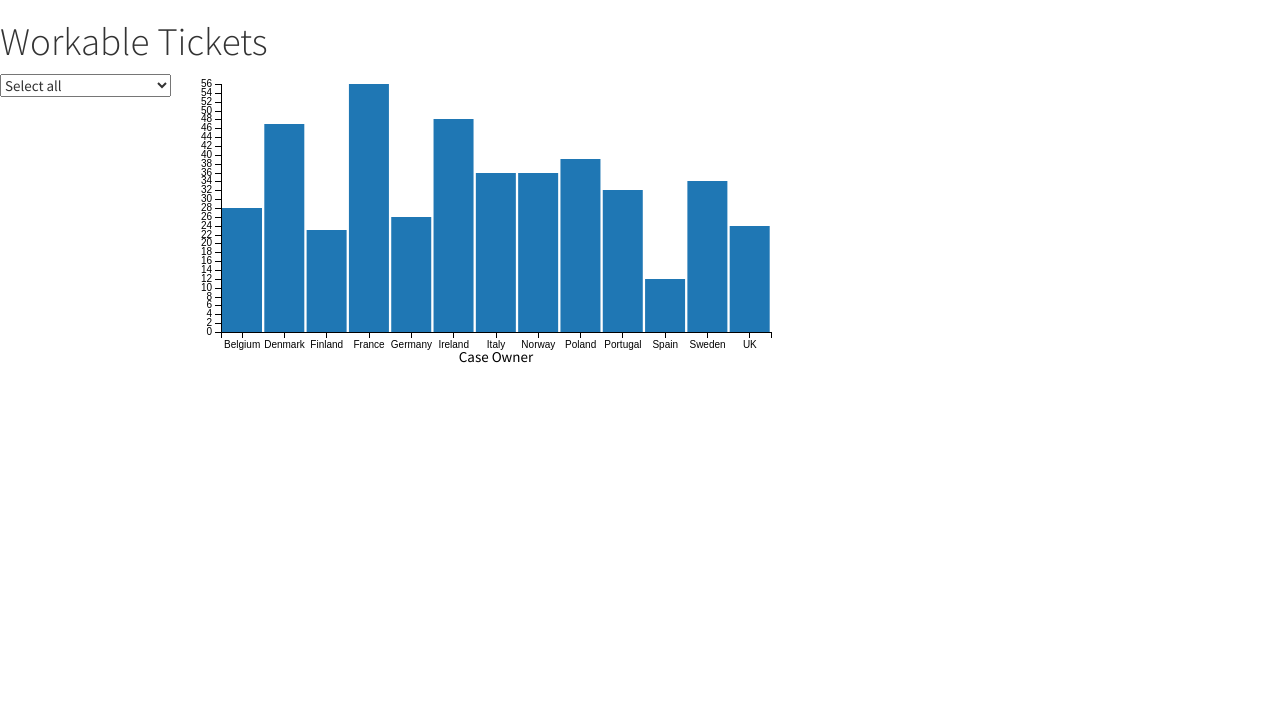
Repository: RChanco/Workable-Tickets-Dashboard
Page: index.html
The author's editor kept a record of every edit. The page is drawn from the files as they stood at one moment, then again after the next edit.
The browser window is 1280 px wide. The pictures show the whole page.

Above is the page before.

After the next edit:
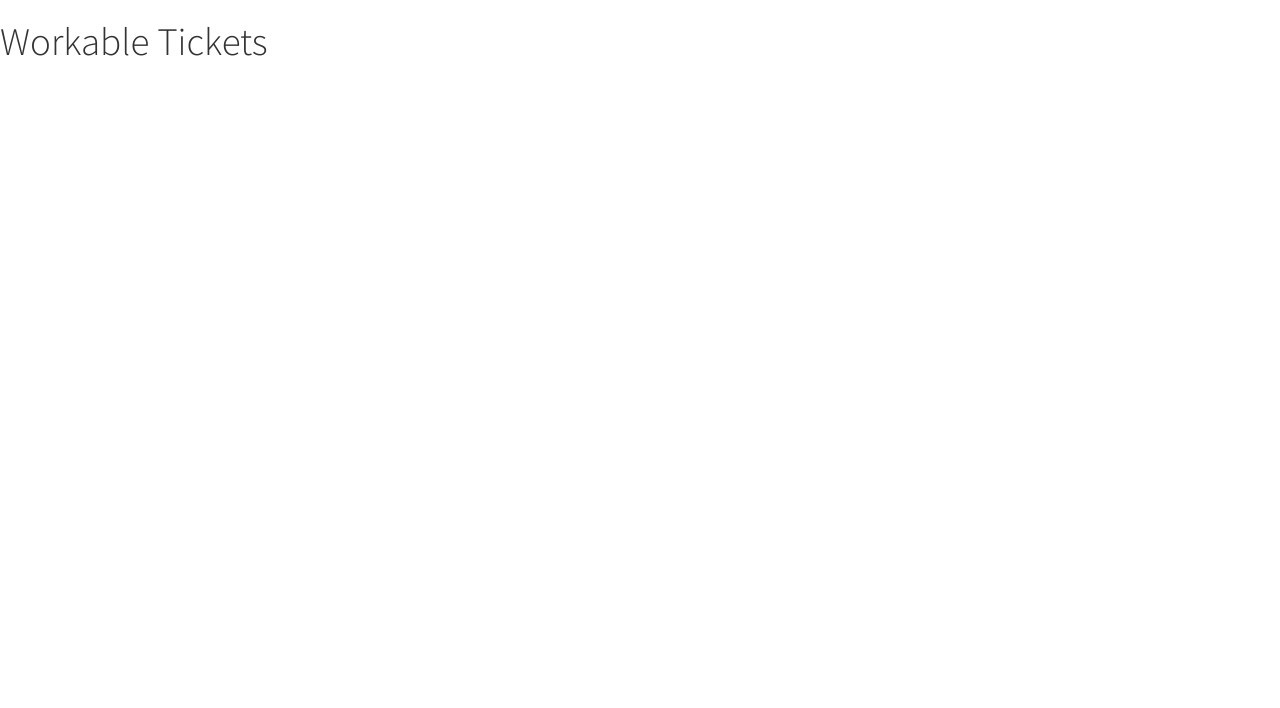
Console error: ReferenceError: show_case_country is not defined
The edit:
--- a/static/js/graph.js
+++ b/static/js/graph.js
@@ -7,7 +7,7 @@
 
     show_status_selector(ndx);
     show_case_owner(ndx);
-
+    show_case_country(ndx);
 
     dc.renderAll();
 

After the edit that followed:
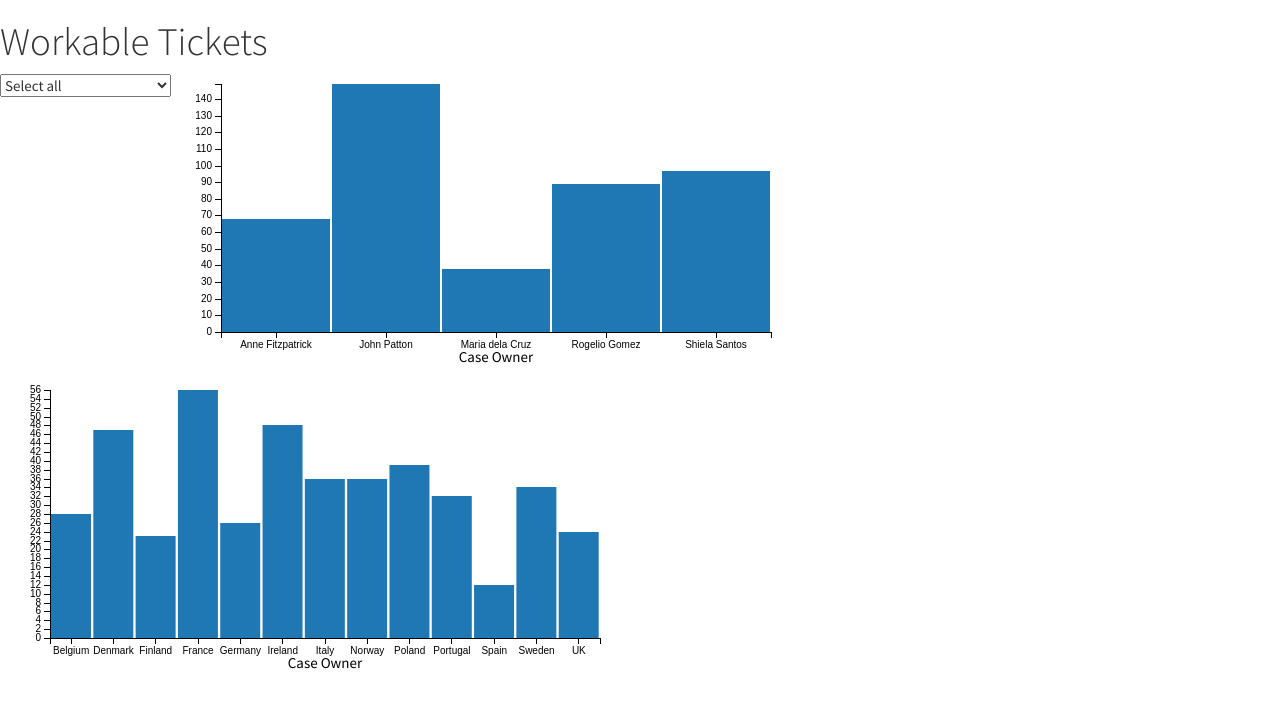
The error is gone.
The edit:
--- a/static/js/graph.js
+++ b/static/js/graph.js
@@ -38,7 +38,7 @@
         .yAxis().ticks(20);
 }
 
-function show_case_owner(ndx) {
+function show_case_country(ndx) {
     var dim = ndx.dimension(dc.pluck('CaseCountry'));
     var group = dim.group();
 
